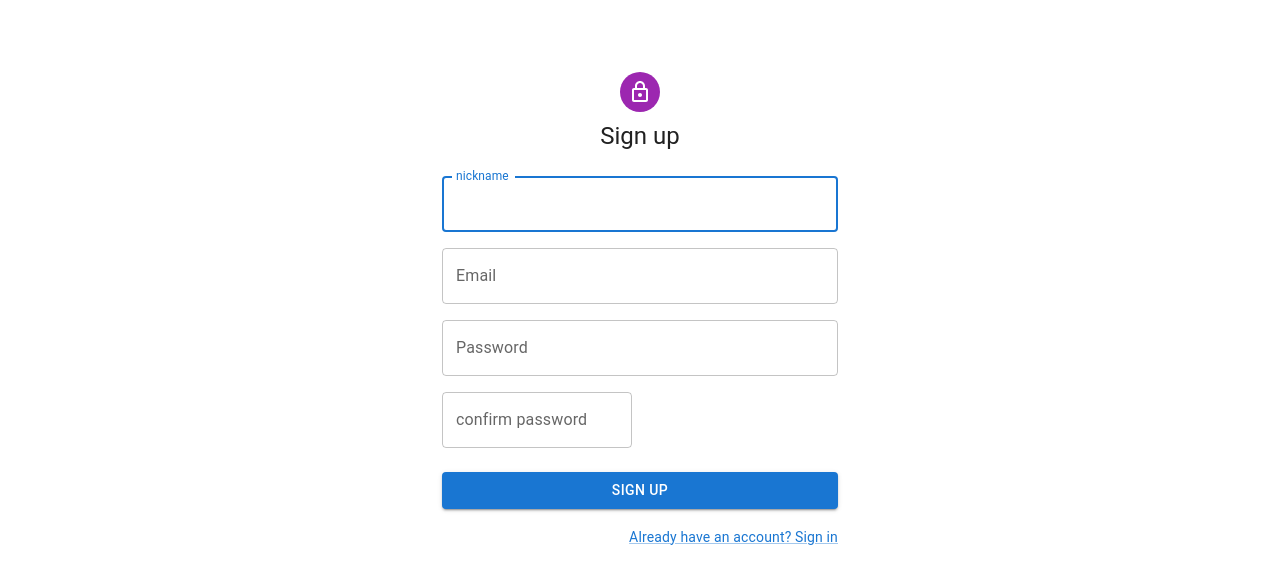
Repository: background-position/midway-react
Page: /register
An editor plug-in stored every save of this project. The page is shown before and after the next save, followed by the edit.
The browser window is 1280 px wide. The pictures show the whole page.
The project was rebuilt for these pictures with package versions that can differ from the ones it lists, and the page was loaded fresh each time. Also part of the build but not shown: vite.config.ts, src/client/pages/about/about.tsx, src/service/apis/lambda/index.ts, src/client/pages/login/login.tsx.

Above is the page before, as saved 2021-12-31 16:05:34.

After the next save:
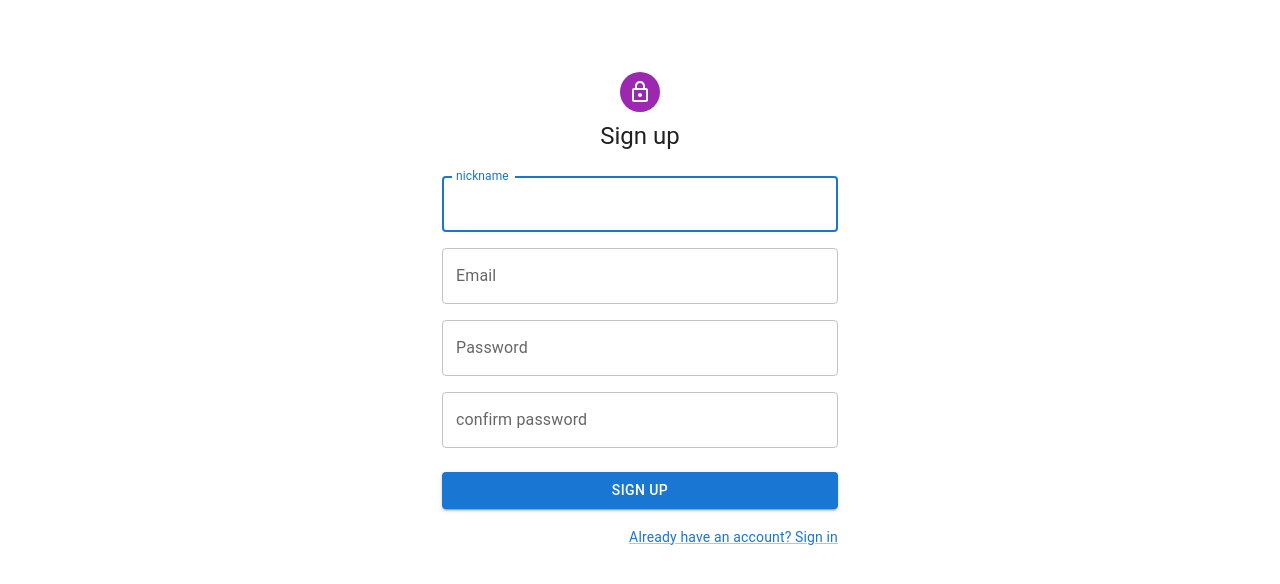
Saved 7 s later.
--- a/src/client/pages/register/register.tsx
+++ b/src/client/pages/register/register.tsx
@@ -57,7 +57,7 @@ export default function SignUp() {
                         sx={{ mt: 3 }}
                     >
                         <Grid container spacing={2}>
-                            <Grid item xs={12} >
+                            <Grid item xs={12}>
                                 <TextField
                                     autoFocus
                                     name="nickname"
@@ -112,7 +112,7 @@ export default function SignUp() {
                                     }
                                 />
                             </Grid>
-                            <Grid item xs={12} sm={6}>
+                            <Grid item xs={12}>
                                 <TextField
                                     fullWidth
                                     id="confirm"
